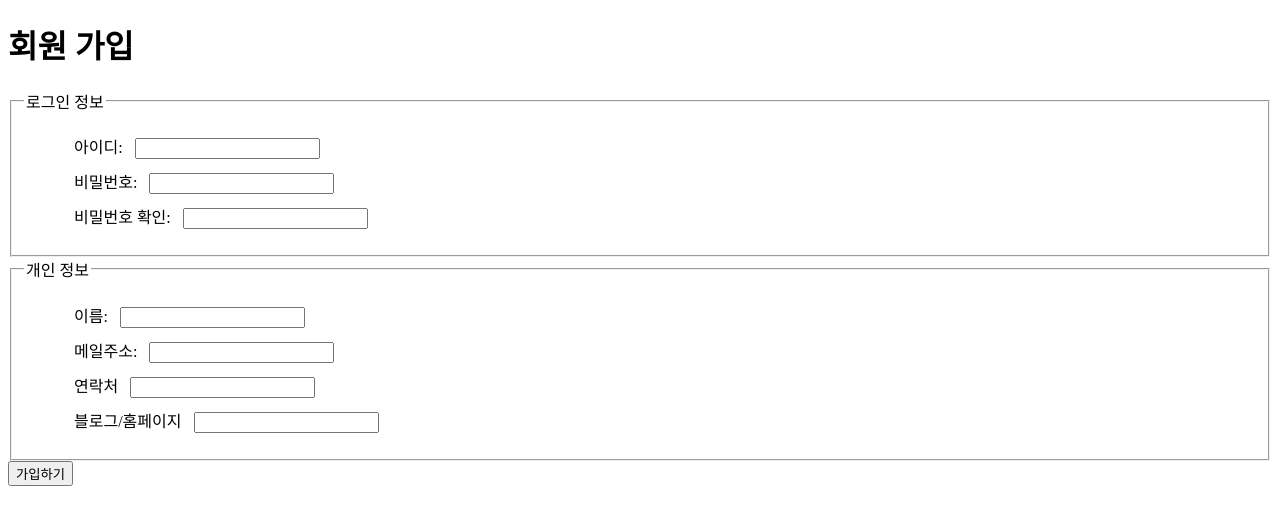
Repository: ygs3004/StudyHTML_CSS
Page: web project 01/src/main/webapp/chapter05/exam05_05_02.html
These files come from the project's save history. The page is drawn as it stood at one moment and after the next save; the edit follows.
The browser window is 1280 px wide. The pictures show the whole page.

Above is the page before, as saved 2022-08-05 03:04:01.

After the next save:
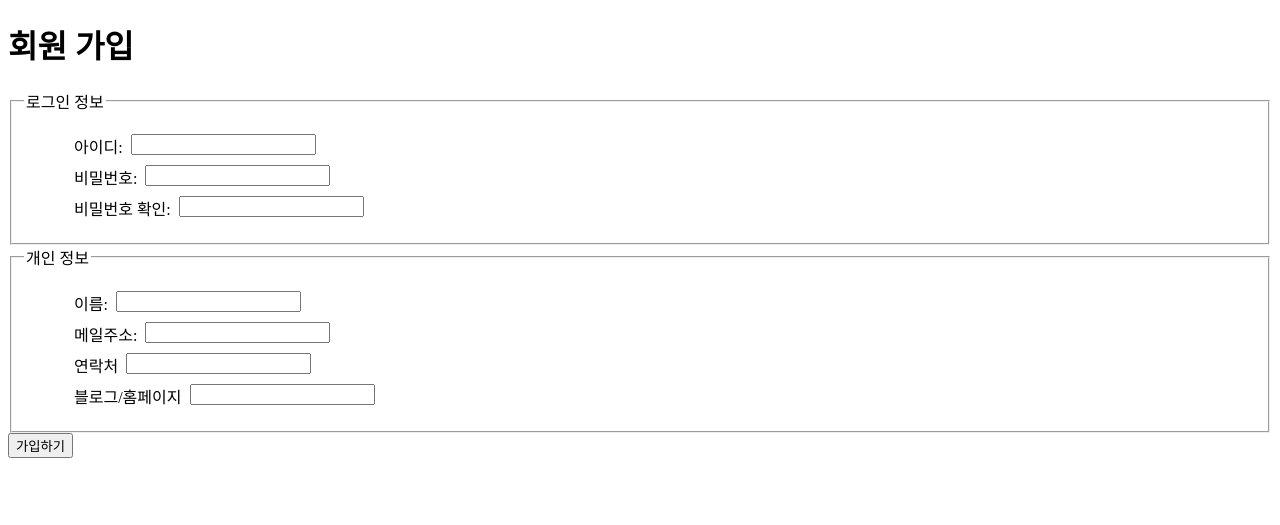
Saved 3 min 1 s later.
--- a/web project 01/src/main/webapp/chapter05/exam05_05_02.html
+++ b/web project 01/src/main/webapp/chapter05/exam05_05_02.html
@@ -14,9 +14,11 @@
 
 
 	li label{
-		width:120px;
-		text-align:right;
-		padding-right:8px;
+/* 		width:120px;
+		text-align:right; */
+
+		float:left;			/* 전체 레이아웃 좌측 설정 */
+		padding-right:8px;  /* 오른쪽 여백  */
 	}
 </style>
 </head>
